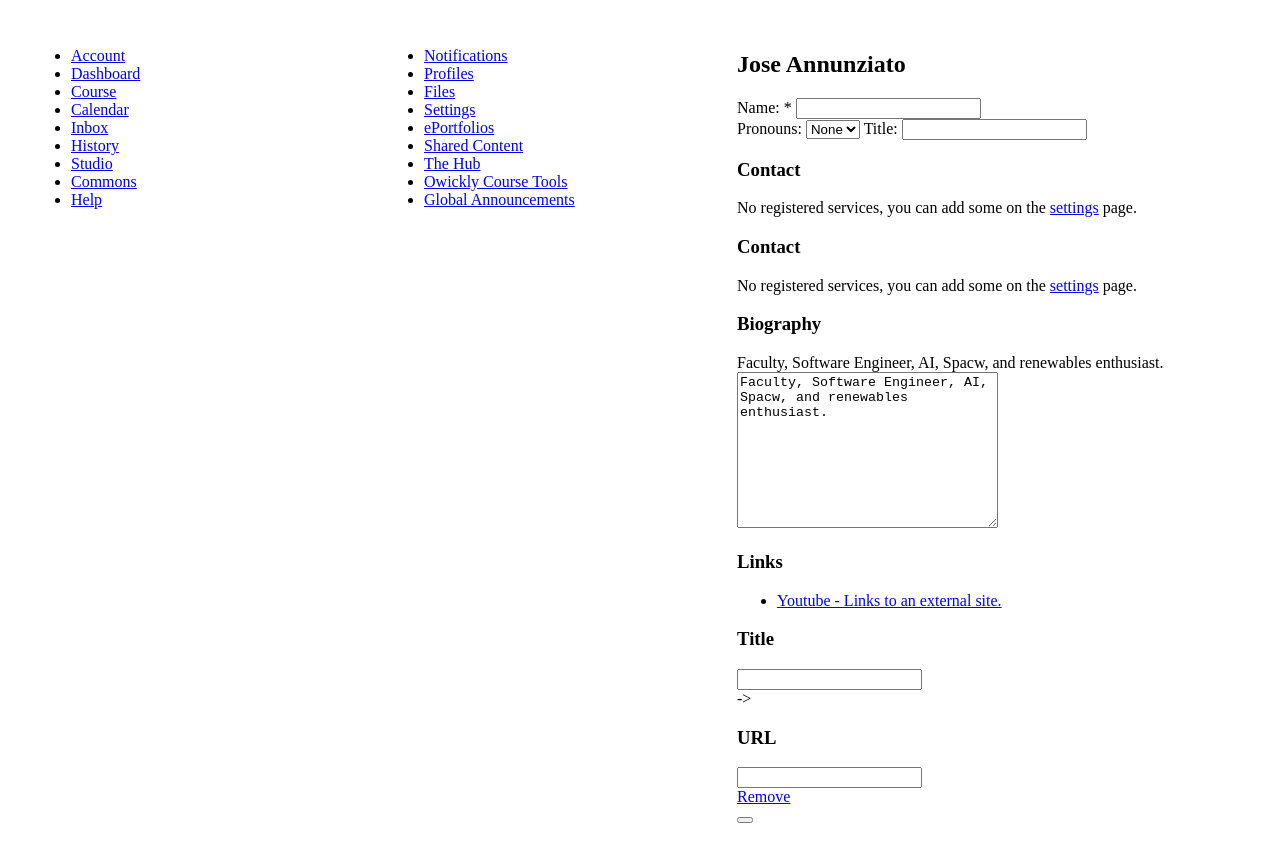
Repository: yuqiant/kanbas-react-web-app
Page: public/kanbas/profile/edit.html
The author's editor kept a copy of each file at every save. The page is drawn from the files as they stood at one save, then again after the next save.
The browser window is 1280 px wide. The pictures show the whole page.

Above is the page before, as saved 2023-09-14 21:56:10.

### public/kanbas/profile/edit.html
<!DOCTYPE html>
<html lang="en">

<head>
    <meta charset="UTF-8">
    <meta name="viewport" content="width=device-width, initial-scale=1.0">
    <title>Column Interaction</title>
    <style>
        table {
            width: 100%;

        }

        td {
            width: 50%;
            border: 1px solid transparent;
            padding: 20px;
            vertical-align: top;
        }
    </style>
</head>

<body>
    <table>
        <tr>
            <td id="firstColumn" style="width: 150px;">
                <ul>
                    <li><a href="#">Account</a></li>
                    <li><a href="#">Dashboard</a></li>
                    <li><a href="#">Course</a></li>
                    <li><a href="#">Calendar</a></li>
                    <li><a href="#">Inbox</a></li>
                    <li><a href="#">History</a></li>
                    <li><a href="#">Studio</a></li>
                    <li><a href="#">Commons</a></li>
                    <li><a href="#">Help</a></li>
                </ul>
            </td>
            <td id="secondColumn" style="width: 150px;">
                <ul>
                    <li><a href="#">Notifications</a></li>
                    <li><a href="#">Profiles</a></li>
                    <li><a href="#">Files</a></li>
                    <li><a href="#">Settings</a></li>
                    <li><a href="#">ePortfolios</a></li>
                    <li><a href="#">Shared Content</a></li>
                    <li><a href="#">The Hub</a></li>
                    <li><a href="#">Owickly Course Tools</a></li>
                    <li><a href="#">Global Announcements</a></li>

                </ul>
            </td>
            <td id="thirdColumn" style="width: 250px;">
                <h2>Jose Annunziato</h2>

                <form id="text-fields">

                    <label for="text-fields-name">Name: *</label>
                    <input type="text" id="text-fields-name" /><br />
                    <label for="text-fields-pronouns">Pronouns:</label>
                    <select id="select-one-genre">
                        <option value="none">None</option>
                    </select>

                    <label for="text-fields-title">Title:</label>
                    <input type="text" id="text-fields-title" /><br />

                </form>

                <h3>Contact</h3>
                <div>No registered services, you can add some on the <a href="#">settings</a> page.</div>

                <h3>Contact</h3>
                <div>No registered services, you can add some on the <a href="#">settings</a> page.</div>

                <h3>Biography</h3>

                <form id="textarea">
                    <label>Faculty, Software Engineer, AI, Spacw, and renewables enthusiast.</label><br />
                    <textarea cols="30"
                        rows="10">Faculty, Software Engineer, AI, Spacw, and renewables enthusiast.</textarea>
                </form>

                <h3>Links</h3>
                <ul>
                    <li><a href="#">Youtube - Links to an external site.</a></li>
                </ul>

                <form id="text-fields">
                    <h3>Title</h3>
                    <input type="text" id="text-fields-name" /><br />

                    <div>-></div>

                    <h3>URL</h3>
                    <input type="text" id="text-fields-name" /><br />
                    <a href="#">Remove</a>

                </form>

                <button </td>

        </tr>
    </table>

</body>

</html>

After the next save:
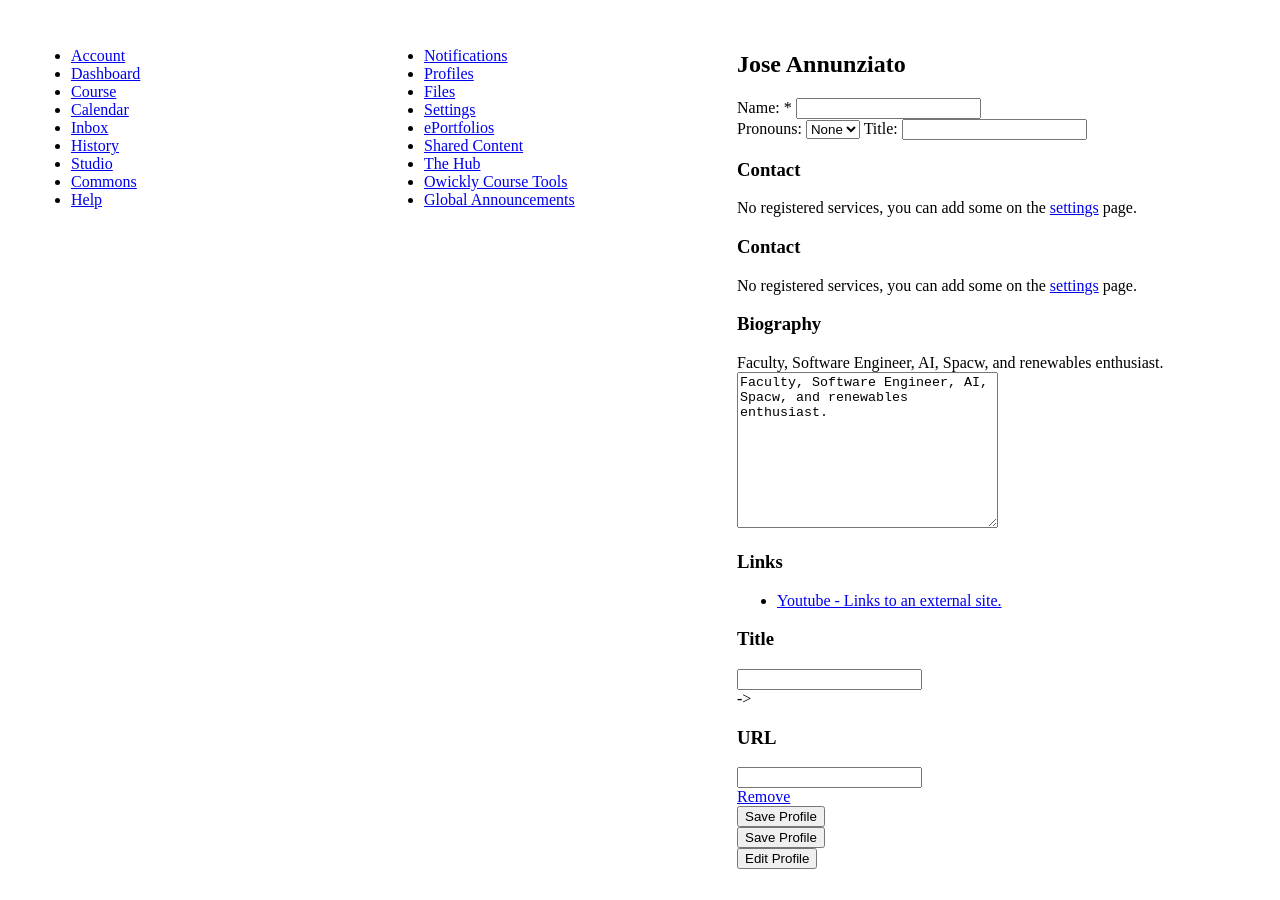
Saved 2 min 3 s later.
--- a/public/kanbas/profile/edit.html
+++ b/public/kanbas/profile/edit.html
@@ -98,7 +98,16 @@
 
                 </form>
 
-                <button </td>
+                <button type="save">Save Profile</button>
+
+
+                <form action="/profile/edit.html" method="get">
+                    <button type="save">Save Profile</button>
+                </form>
+
+                <form action="/profile/edit.html" method="get">
+                    <button type="edit">Edit Profile</button>
+                </form>
 
         </tr>
     </table>
